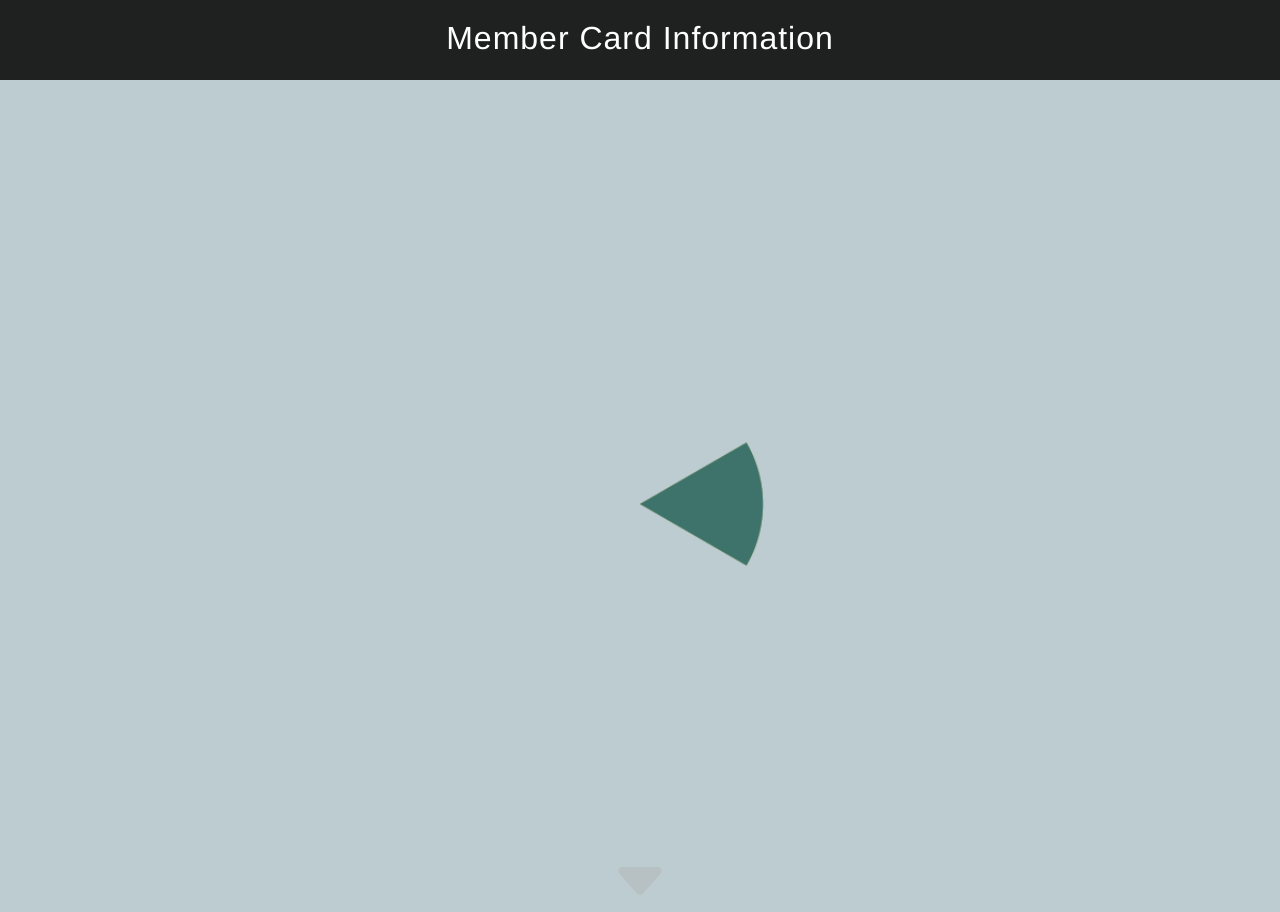
Repository: Leooook/lzhao-fed-test
Page: /
The author's editor kept a copy of each file at every save. The page is drawn from the files as they stood at one save, then again after the next save.
The browser window is 1280 px wide. The pictures show the whole page.
The page's requests for data from a server got no answer. The project was rebuilt for these pictures with package versions that can differ from the ones it lists, and the page was loaded fresh each time. No one was signed in, and anything a server would have sent is missing. Also part of the build but not shown: src/components/detail.jsx.

Above is the page before, as saved 2021-03-15 21:30:16.

After the next save:
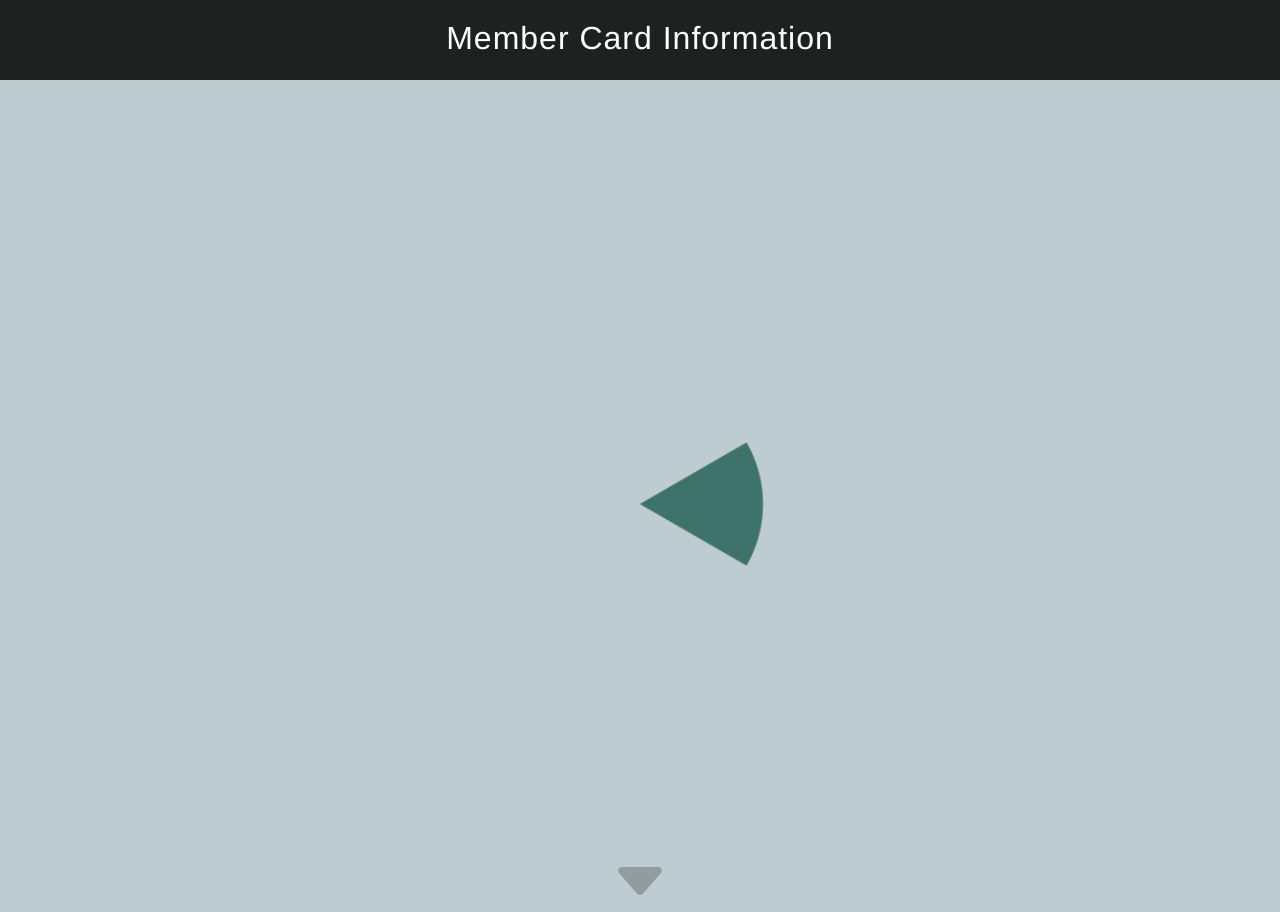
Saved 11 s later.
--- a/src/App.css
+++ b/src/App.css
@@ -17,7 +17,7 @@
 	background-color: var(--light-blue);
 }
 .add-feature {
-	color: rgba(175, 175, 175, 0.418);
+	color: rgba(87, 87, 87, 0.418);
 	width: 60px;
 	height: 60px;
 	margin: auto;
